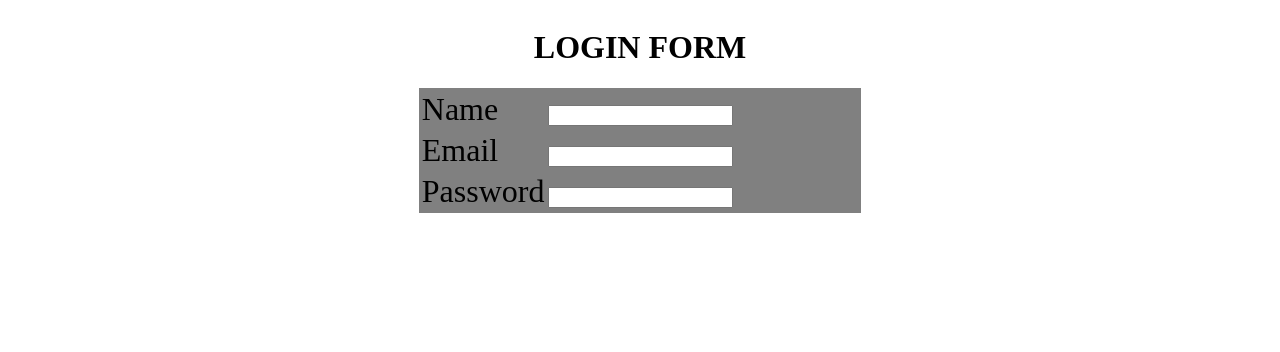
Repository: obusakthi539/Loginform
Page: Login.html
An editor plug-in stored every save of this project. The page is shown before and after the next save, followed by the edit.
The browser window is 1280 px wide. The pictures show the whole page.

Above is the page before, as saved 2025-01-10 18:00:23.

After the next save:
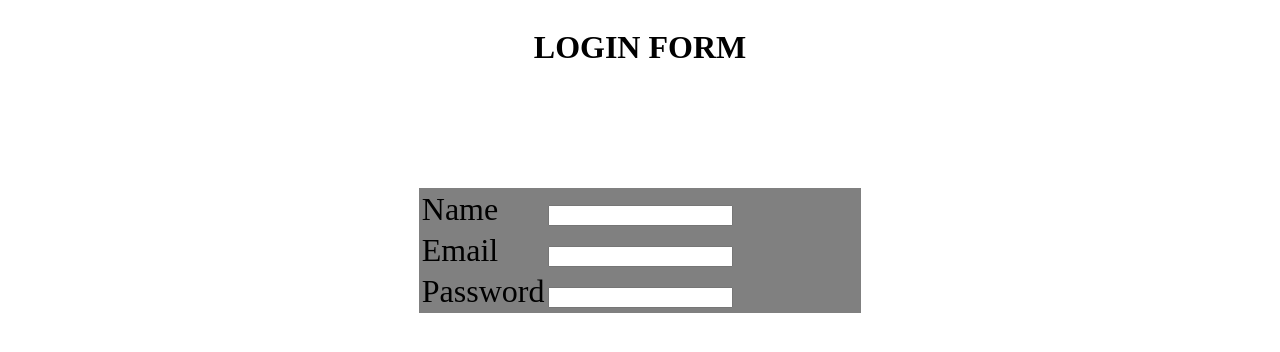
Saved 4 s later.
--- a/Login.html
+++ b/Login.html
@@ -15,7 +15,7 @@
             background-color:gray;
             font-size: xx-large;
             width: 35%;
-            margin-top: ;
+            margin-top: 100px;
 
         }
     </style>

After the save that followed:
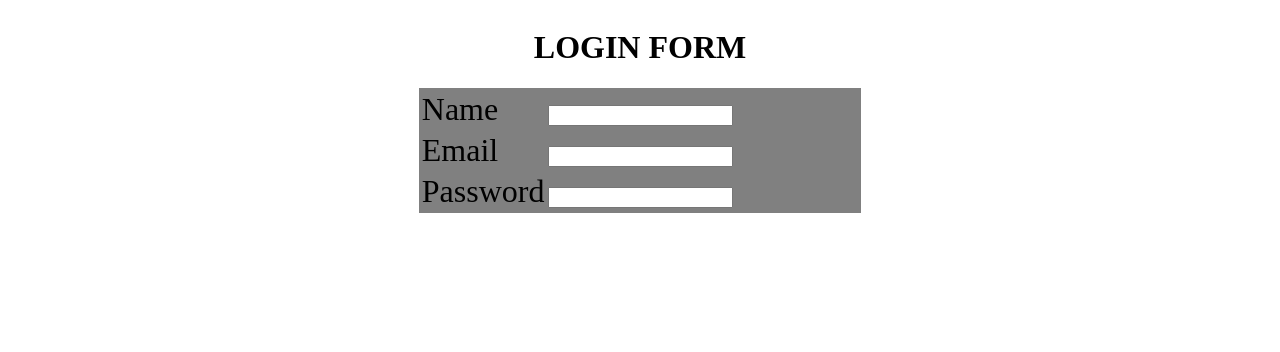
Saved 21 s later.
--- a/Login.html
+++ b/Login.html
@@ -15,7 +15,7 @@
             background-color:gray;
             font-size: xx-large;
             width: 35%;
-            margin-top: 100px;
+
 
         }
     </style>
